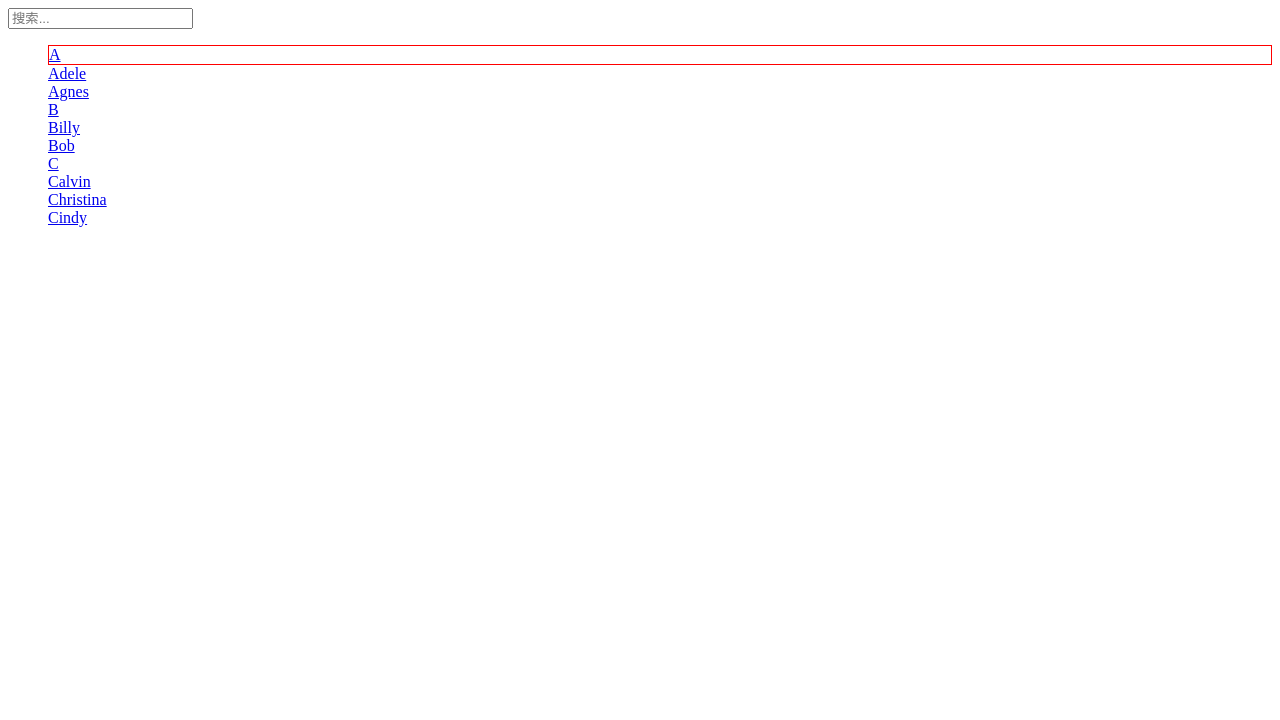
Repository: bigzheng11/selectWork
Page: 原生JS实现/原生JS实现.html
These files come from the project's save history. The page is drawn as it stood at one moment and after the next save; the edit follows.
The browser window is 1280 px wide. The pictures show the whole page.

Above is the page before, as saved 2022-10-25 09:22:25.

### 原生JS实现/原生JS实现.html
<!DOCTYPE html>
<html lang="en">
    <head>
        <meta charset="UTF-8" />
        <meta http-equiv="X-UA-Compatible" content="IE=edge" />
        <meta name="viewport" content="width=device-width, initial-scale=1.0" />
        <title>Document</title>
        <style>
            li {
                list-style-type: none;
            }
        </style>
    </head>
    <body>
        <input
            type="text"
            id="myInput"
            onkeyup="myFunction()"
            placeholder="搜索..."
        />
        <!-- onkeyup键盘输入事件 -->

        <ul id="myUL">
            <li>
                <div style="border: 1px solid red">
                    <a href="#" class="header">A</a>
                </div>
            </li>
            <li><a href="#">Adele</a></li>
            <li><a href="#">Agnes</a></li>
            <li><a href="#" class="header">B</a></li>
            <li><a href="#">Billy</a></li>
            <li><a href="#">Bob</a></li>
            <li><a href="#" class="header">C</a></li>
            <li><a href="#">Calvin</a></li>
            <li><a href="#">Christina</a></li>
            <li><a href="#">Cindy</a></li>
        </ul>
        <script>
            function myFunction() {
                // 声明变量
                var input, filter, ul, li, a, i;
                input = document.getElementById("myInput");
                filter = input.value.toUpperCase();
                ul = document.getElementById("myUL");
                li = ul.getElementsByTagName("li");

                let temp = 0;
                // 循环所有列表，查找匹配项
                for (i = 0; i < li.length; i++) {
                    a = li[i].getElementsByTagName("a")[0];
                    if (a.innerHTML.toUpperCase().indexOf(filter) > -1) {
                        li[i].style.display = "";
                        temp += 1;
                    } else {
                        li[i].style.display = "none";
                    }
                    if (temp == 0) {
                        console.log("没有匹配项");
                    }
                }
            }
        </script>
    </body>
</html>

After the next save:
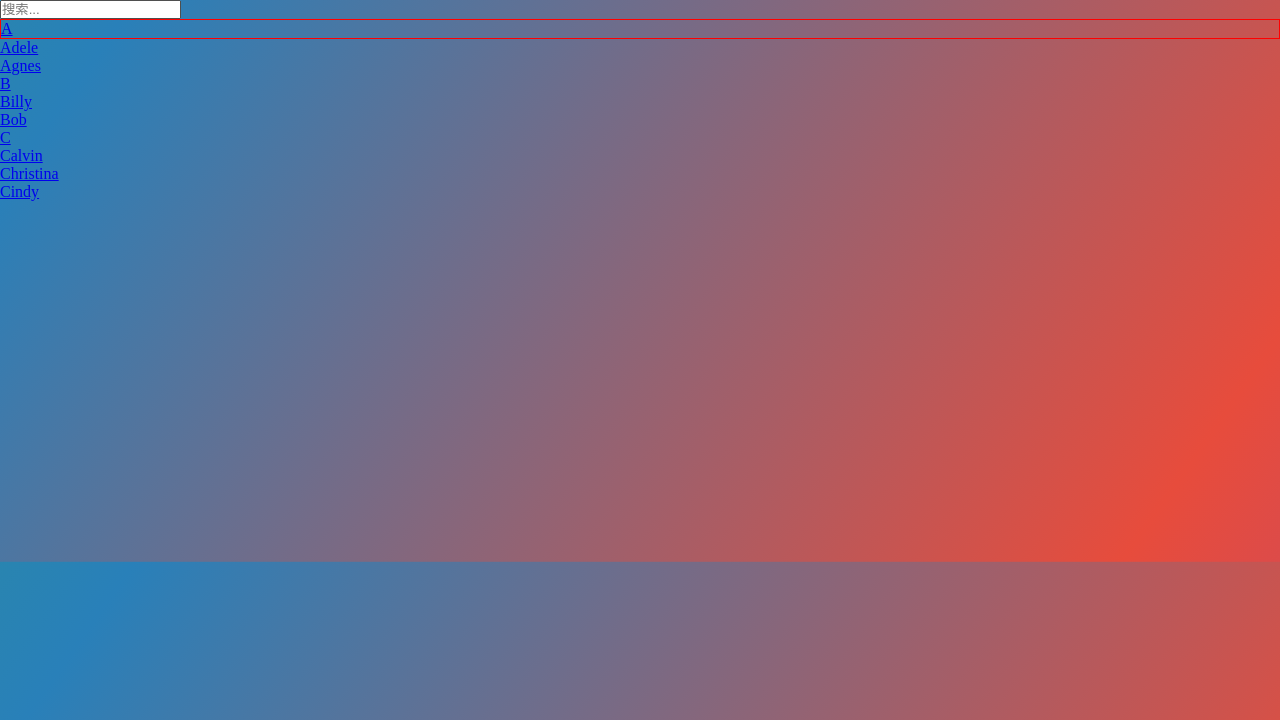
Saved 11 s later.
--- a/原生JS实现/原生JS实现.html
+++ b/原生JS实现/原生JS实现.html
@@ -6,6 +6,41 @@
         <meta name="viewport" content="width=device-width, initial-scale=1.0" />
         <title>Document</title>
         <style>
+            * {
+                margin: 0;
+                padding: 0;
+            }
+            body {
+                width: 100%;
+                height: 78vh;
+                /* background-color: slategrey; */
+                background-image: linear-gradient(
+                    125deg,
+                    #2c3e50,
+                    #27ae60,
+                    #2980b9,
+                    #e74c3c,
+                    #8e44ad
+                );
+                background-size: 400%;
+
+                /* infinite-动画效果无限重复 */
+                animation: bganimation 25s infinite;
+
+                /* 毛玻璃 */
+            }
+
+            @keyframes bganimation {
+                0% {
+                    background-position: 0% 50%;
+                }
+                50% {
+                    background-position: 100% 50%;
+                }
+                100% {
+                    background-position: 0% 50%;
+                }
+            }
             li {
                 list-style-type: none;
             }
